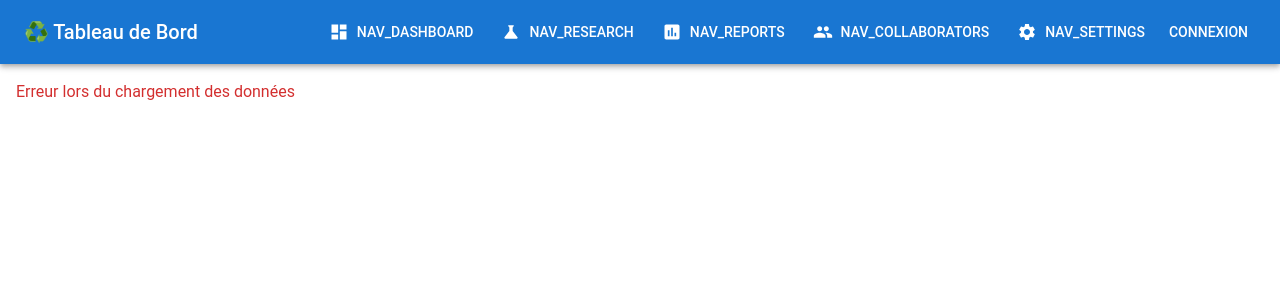
Repository: tofunori/Lithium-Dashboard-Enhanced
Page: / (app in frontend/)
These files come from the project's save history. The page is drawn as it stood at one moment and after the next save; the edit follows.
The browser window is 1280 px wide. The pictures show the whole page.
The page's requests for data from a server got no answer. The project was rebuilt for these pictures with package versions that can differ from the ones it lists, and the page was loaded fresh each time. No one was signed in, and anything a server would have sent is missing. Also part of the build but not shown: frontend/src/components/RecyclingRateChart.js, frontend/src/components/ProductionTrendsChart.js, frontend/src/components/PlantsList.js, frontend/src/components/MapView.js.

Above is the page before, as saved 2025-03-19 15:29:12.

After the next save:
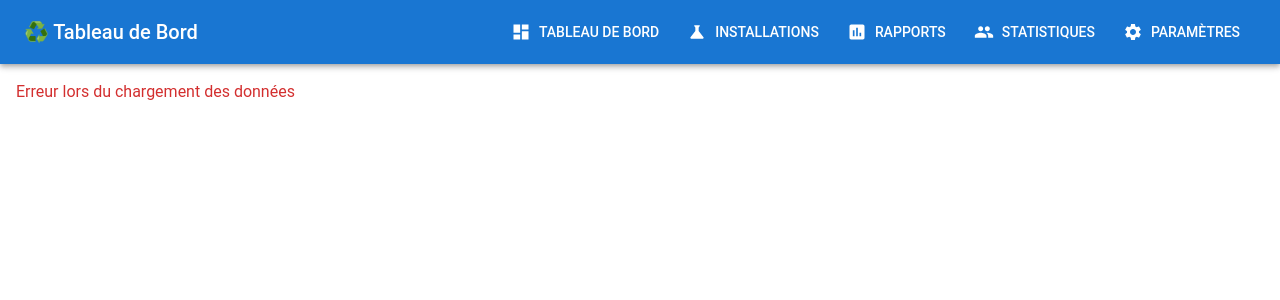
Saved 3 min 9 s later.
--- a/frontend/src/components/NavBar.js
+++ b/frontend/src/components/NavBar.js
@@ -40,11 +40,11 @@ const NavBar = () => {
   };
 
   const menuItems = [
-    { text: t('nav_dashboard'), icon: <DashboardIcon />, path: '/' },
-    { text: t('nav_research'), icon: <ScienceIcon />, path: '/research' },
-    { text: t('nav_reports'), icon: <AssessmentIcon />, path: '/reports' },
-    { text: t('nav_collaborators'), icon: <GroupIcon />, path: '/collaborators' },
-    { text: t('nav_settings'), icon: <SettingsIcon />, path: '/settings' },
+    { text: t('dashboard'), icon: <DashboardIcon />, path: '/' },
+    { text: t('plants'), icon: <ScienceIcon />, path: '/research' },
+    { text: t('reports'), icon: <AssessmentIcon />, path: '/reports' },
+    { text: t('stats'), icon: <GroupIcon />, path: '/collaborators' },
+    { text: t('settings'), icon: <SettingsIcon />, path: '/settings' },
   ];
 
   const drawer = (
@@ -121,8 +121,6 @@ const NavBar = () => {
               ))}
             </Box>
           )}
-
-          <Button color="inherit">{t('login')}</Button>
         </Toolbar>
       </AppBar>
 
